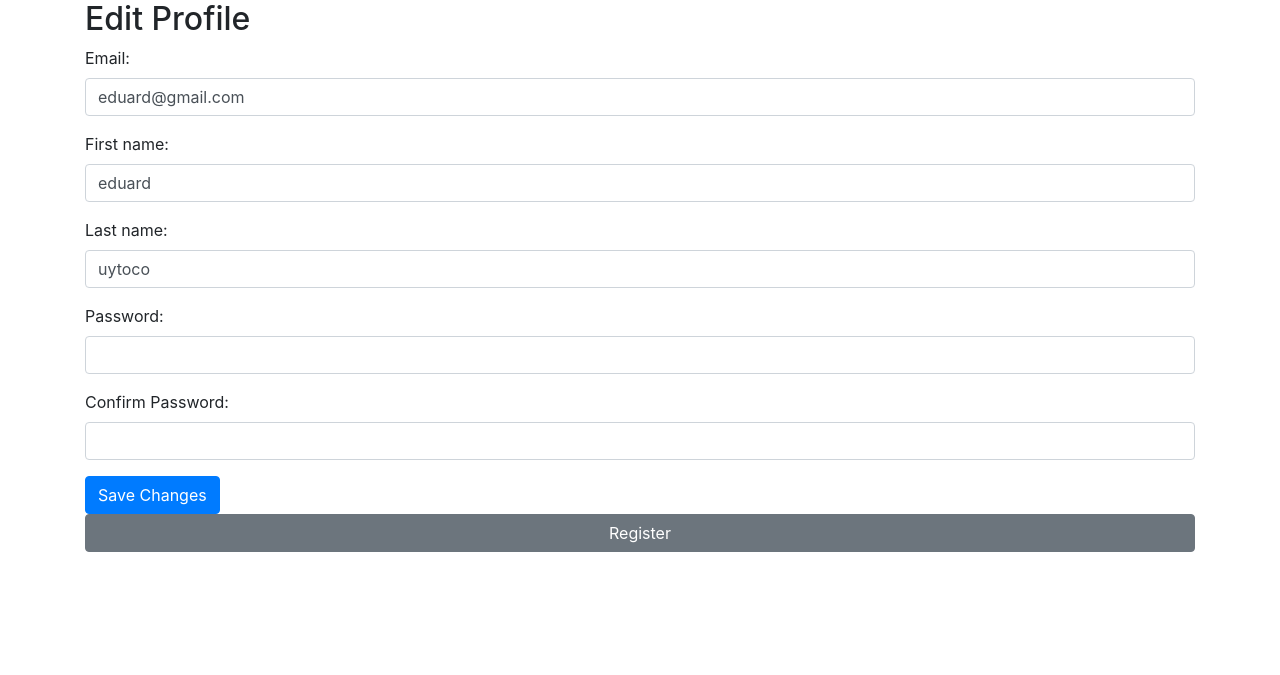
Repository: apps-eduard/TH_MONITORING_v1
Page: http://localhost/user_profile/edit-profile/
The author's editor kept a copy of each file at every save. The page is drawn from the files as they stood at one save, then again after the next save.
The browser window is 1280 px wide. The pictures show the whole page.
Some web libraries are served in a nearby version. The page is served by the project's application, run on Django 5.2 (manage.py). The first stored user is signed in. Other server files are loaded and not shown. The page reads the database file committed with the project.

Above is the page before, as saved 2024-03-26 14:13:44.

### user_profile/templates/user_profile/edit_profile.html
<!-- edit_profile.html -->
{% extends 'base.html' %}

{% block content %}
<div class="container">
    <h2>Edit Profile</h2>
    <form method="post">
        {% csrf_token %}
        {{ form.as_p }}
        <button type="submit" class="btn btn-primary">Save Changes</button>
        <a href="{% url 'user_profile:register' %}" class="btn btn-secondary btn-block">Register</a>
    </form>
</div>
{% endblock %}

### templates/base.html
<!DOCTYPE html>
<html lang="en">
<head>
    <meta charset="UTF-8">
    <meta name="viewport" content="width=device-width, initial-scale=1.0">
    <title>{% block title %}Your Site{% endblock %}</title>
    <link href="https://stackpath.bootstrapcdn.com/bootstrap/4.5.2/css/bootstrap.min.css" rel="stylesheet">
</head>
<body>
    {% if show_navbar %}
    <!-- Navbar -->
    <nav class="navbar navbar-expand-lg navbar-light bg-light">
        <a class="navbar-brand" href="#">Project Name</a>
        <button class="navbar-toggler" type="button" data-toggle="collapse" data-target="#navbarNav" aria-controls="navbarNav" aria-expanded="false" aria-label="Toggle navigation">
            <span class="navbar-toggler-icon"></span>
        </button>
        <div class="collapse navbar-collapse" id="navbarNav">
            <ul class="navbar-nav ml-auto">
                {% if user.is_authenticated %}
                    <li class="nav-item dropdown">
                        <a class="nav-link dropdown-toggle" href="#" id="navbarDropdown" role="button" data-toggle="dropdown" aria-haspopup="true" aria-expanded="false">
                            {{ user.get_full_name|default:user.email }}
                        </a>
                        <div class="dropdown-menu" aria-labelledby="navbarDropdown">
                            <a class="dropdown-item" href="{% url 'user_profile:edit-profile' %}">Edit Profile</a>
                            <a class="dropdown-item" href="{% url 'user_profile:logout' %}">Logout</a>
                        </div>
                    </li>
                {% else %}
                    {% comment %} <li class="nav-item">
                        {% if user.is_authenticated %}
                        <a class="nav-link"  href="{% url 'user_profile:edit-profile' %}" onclick="console.log('User is authenticated')">Edit Profile</a>
                        {% else %}
                            <a class="nav-link"  href="{% url 'user_profile:edit-profile' %}" onclick="console.log('User is not authenticated')">Edit Profile</a>
                        {% endif %}
                    </li> {% endcomment %}
                    <li class="nav-item">
                        <a class="nav-link"  href="{% url 'user_profile:edit-profile' %}" onclick="console.log('User is not authenticated')">Edit Profile</a>
                    </li>
                    <li class="nav-item">
                        <a class="nav-link" href="{% url 'register' %}">Register</a>
                    </li>
                {% endif %}
            </ul>
        </div>
    </nav>
    {% endif %}

{% block content %}
{% endblock %}

<script src="https://code.jquery.com/jquery-3.5.1.slim.min.js"></script>
<script src="https://cdn.jsdelivr.net/npm/@popperjs/core@2.5.2/dist/umd/popper.min.js"></script>
<script src="https://stackpath.bootstrapcdn.com/bootstrap/4.5.2/js/bootstrap.min.js"></script>
</body>
</html>

### user_profile/forms.py
from django import forms
from django.contrib.auth.forms import UserCreationForm
from django.contrib.auth.forms import UserChangeForm
from django.contrib.auth import get_user_model
from .models import User

User = get_user_model()

class UserRegistrationForm(forms.ModelForm):
    password = forms.CharField(label='Password', widget=forms.PasswordInput(attrs={'class': 'form-control'}))
    password_confirm = forms.CharField(label='Confirm Password', widget=forms.PasswordInput(attrs={'class': 'form-control'}))

    class Meta:
        model = User
        fields = ['email', 'first_name', 'last_name', 'password']
        widgets = {
            'email': forms.EmailInput(attrs={'class': 'form-control'}),
            'first_name': forms.TextInput(attrs={'class': 'form-control'}),
            'last_name': forms.TextInput(attrs={'class': 'form-control'}),
        }

    def __init__(self, *args, **kwargs):
        super(UserRegistrationForm, self).__init__(*args, **kwargs)
        for field in self.fields:
            if field not in ('password', 'password_confirm'):  # These fields are already handled
                self.fields[field].widget.attrs.update({
                    'class': 'form-control'
                })

    def clean_password_confirm(self):
        password = self.cleaned_data.get('password')
        password_confirm = self.cleaned_data.get('password_confirm')
        if password and password_confirm and password != password_confirm:
            raise forms.ValidationError("Passwords don't match")
        return password_confirm

    def save(self, commit=True):
        user = super().save(commit=False)
        user.set_password(self.cleaned_data["password"])
        if commit:
            user.save()
        return user

class ProfileForm(UserChangeForm):
    class Meta:
        model = User
        fields = ['email', 'first_name', 'last_name']

class LoginForm(forms.Form):
    email = forms.EmailField(widget=forms.TextInput(attrs={'class': 'form-control', 'placeholder': 'Username', }) )
    password = forms.CharField(widget=forms.PasswordInput(attrs={'class': 'form-control', 'placeholder': 'Password', }))

class UserEditForm(forms.ModelForm):

    password = forms.CharField(label='Password', widget=forms.PasswordInput(attrs={'class': 'form-control'}))
    password_confirm = forms.CharField(label='Confirm Password', widget=forms.PasswordInput(attrs={'class': 'form-control'}))

    class Meta:
        model = User
        fields = ['email', 'first_name', 'last_name', 'password']
        widgets = {
            'email': forms.EmailInput(attrs={'class': 'form-control'}),
            'first_name': forms.TextInput(attrs={'class': 'form-control'}),
            'last_name': forms.TextInput(attrs={'class': 'form-control'}),
        }

    def __init__(self, *args, **kwargs):
        super(UserEditForm, self).__init__(*args, **kwargs)
        for field in self.fields:
            self.fields[field].widget.attrs.update({
                'class': 'form-control'
            })

    def clean_password_confirm(self):
        password = self.cleaned_data.get('password')
        password_confirm = self.cleaned_data.get('password_confirm')
        if password and password_confirm and password != password_confirm:
            raise forms.ValidationError("Passwords don't match")
        return password_confirm

    def save(self, commit=True):
        user = super().save(commit=False)
        user.set_password(self.cleaned_data["password"])
        if commit:
            user.save()
        return user

### user_profile/models.py
from django.contrib.auth.models import AbstractBaseUser, BaseUserManager, PermissionsMixin
from django.db import models

class UserManager(BaseUserManager):
    def create_user(self, email, first_name, last_name, password=None, **extra_fields):
        if not email:
            raise ValueError('The Email field must be set')
        email = self.normalize_email(email)
        user = self.model(email=email, first_name=first_name, last_name=last_name, **extra_fields)
        user.set_password(password)
        user.save(using=self._db)
        return user

    def create_superuser(self, email, first_name, last_name, password=None, **extra_fields):
        extra_fields.setdefault('is_staff', True)
        extra_fields.setdefault('is_superuser', True)

        return self.create_user(email, first_name, last_name, password, **extra_fields)

class User(AbstractBaseUser, PermissionsMixin):
    email = models.EmailField(unique=True)
    first_name = models.CharField(max_length=30)
    last_name = models.CharField(max_length=30)
    is_active = models.BooleanField(default=True)
    is_staff = models.BooleanField(default=False)

    objects = UserManager()

    USERNAME_FIELD = 'email'
    REQUIRED_FIELDS = ['first_name', 'last_name']

    def __str__(self):
        return self.email

def get_full_name(self):
    """Return the first_name plus the last_name, with a space in between."""
    full_name = f"{self.first_name} {self.last_name}".strip()
    return full_name or self.email

### user_profile/views.py

from django.shortcuts import render, redirect
from django.contrib.auth import authenticate, login
from .forms import UserRegistrationForm, LoginForm
from django.contrib.auth.forms import AuthenticationForm
from django.urls import reverse
from django.contrib.auth import logout
from django.contrib import messages
from django.contrib.auth.decorators import login_required
from .forms import ProfileForm , UserEditForm

# @login_required
# def edit_profile_view(request):
#     if request.method == 'POST':
#         form = ProfileForm(request.POST, instance=request.user.profile)
#         if form.is_valid():
#             form.save()
#             return redirect('user_profile:profile')  # Redirect to profile page after successful edit
#     else:
#         form = ProfileForm(instance=request.user.profile)

#     return render(request, 'user_profile/edit_profile.html', {'form': form})

@login_required
def edit_profile(request):
    if request.method == 'POST':
        form = UserEditForm(request.POST, instance=request.user)
        if form.is_valid():
            form.save()
            # Redirect to user profile page or wherever you wish
            return redirect('user_profile:login')
    else:
        form = UserEditForm(instance=request.user)
    return render(request, 'user_profile/edit_profile.html', {'form': form})


def register(request):
    if request.method == 'POST':
        form = UserRegistrationForm(request.POST)
        if form.is_valid():
            form.save()
            # Redirect to login page after successful registration
            return redirect('user_profile:login')  # Using redirect with the name of the login url pattern
    else:
        form = UserRegistrationForm()
    return render(request, 'user_profile/register.html', {'form': form, 'show_navbar': False})

def login_view(request):
    if request.method == 'POST':
        form = LoginForm(request.POST)
        if form.is_valid():
            user = authenticate(request, email=form.cleaned_data['email'], password=form.cleaned_data['password'])
            if user is not None:
                login(request, user)
            return redirect('th_monitoring:dashboard')
    else:
        form = LoginForm()
    return render(request, 'user_profile/login.html', {'form': form, 'show_navbar': False})

def register_view(request):
    if request.method == 'POST':
        form = UserRegistrationForm(request.POST)
        if form.is_valid():
            form.save()
            return redirect('user_profile:login')  # Redirect to login page after successful registration
    else:
        form = UserRegistrationForm()

    return render(request, 'user_profile/register.html', {'form': form})

def logout_view(request):
    logout(request)
    messages.add_message(request, messages.SUCCESS, 'You have successfully logged out.')
    return redirect('/user_profile/login/')

### core/urls.py
from django.contrib import admin
from django.urls import path, include
from user_profile.views import login_view

urlpatterns = [
    path('admin/', admin.site.urls),
    path('', login_view, name='login'),
    path('th_monitoring/', include('th_monitoring.urls', namespace='th_monitoring')),
    path('user_profile/', include(('user_profile.urls', 'user_profile'), namespace='user_profile')),


]

### th_monitoring/urls.py
# th_monitoring/urls.py

from django.urls import path
from . import views

app_name = 'th_monitoring'

urlpatterns = [
    path('', views.monitoring_dashboard, name='dashboard'),
]

### user_profile/urls.py
from django.urls import path
from .views import login_view, logout_view, register
from . import views   # Import the views module

app_name = 'user_profile'  # This is the namespace for the URLs in this app

urlpatterns = [
    path('login/', login_view, name='login'),
    path('register/', register, name='register'),
    path('logout/', logout_view, name='logout'),
    path('edit-profile/', views.edit_profile, name='edit-profile'),
]

### db.sqlite3 (the tables this page reads, as SQL)
CREATE TABLE "user_profile_user" ("id" integer NOT NULL PRIMARY KEY AUTOINCREMENT, "password" varchar(128) NOT NULL, "last_login" datetime NULL, "is_superuser" bool NOT NULL, "email" varchar(254) NOT NULL UNIQUE, "first_name" varchar(30) NOT NULL, "last_name" varchar(30) NOT NULL, "is_active" bool NOT NULL, "is_staff" bool NOT NULL);
INSERT INTO "user_profile_user" VALUES
(1, 'pbkdf2_sha256$720000$uxBtsmD9xpTcFAa5cAEEQu$KCyy5RDJPRhLbbpWmfda9JtvZrYuBQ/ctnUOv89CzVQ=', '2024-04-03 10:25:55.749765', 1, 'eduard@gmail.com', 'eduard', 'uytoco', 1, 1);

After the next save:
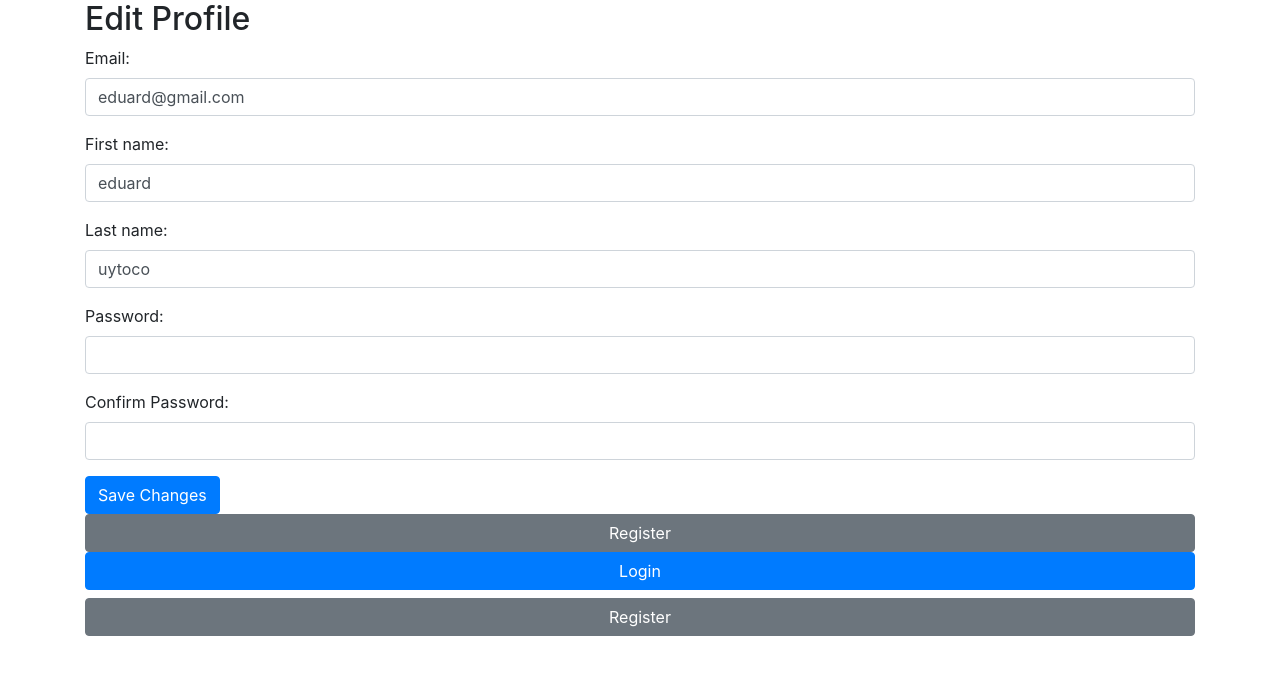
Saved 28 s later.
--- a/user_profile/templates/user_profile/edit_profile.html
+++ b/user_profile/templates/user_profile/edit_profile.html
@@ -9,6 +9,11 @@
         {{ form.as_p }}
         <button type="submit" class="btn btn-primary">Save Changes</button>
         <a href="{% url 'user_profile:register' %}" class="btn btn-secondary btn-block">Register</a>
+
+        <div class="form-group">
+            <button type="submit" class="btn btn-primary btn-block">Login</button>
+            <a href="{% url 'user_profile:register' %}" class="btn btn-secondary btn-block">Register</a>
+        </div>
     </form>
 </div>
 {% endblock %}
